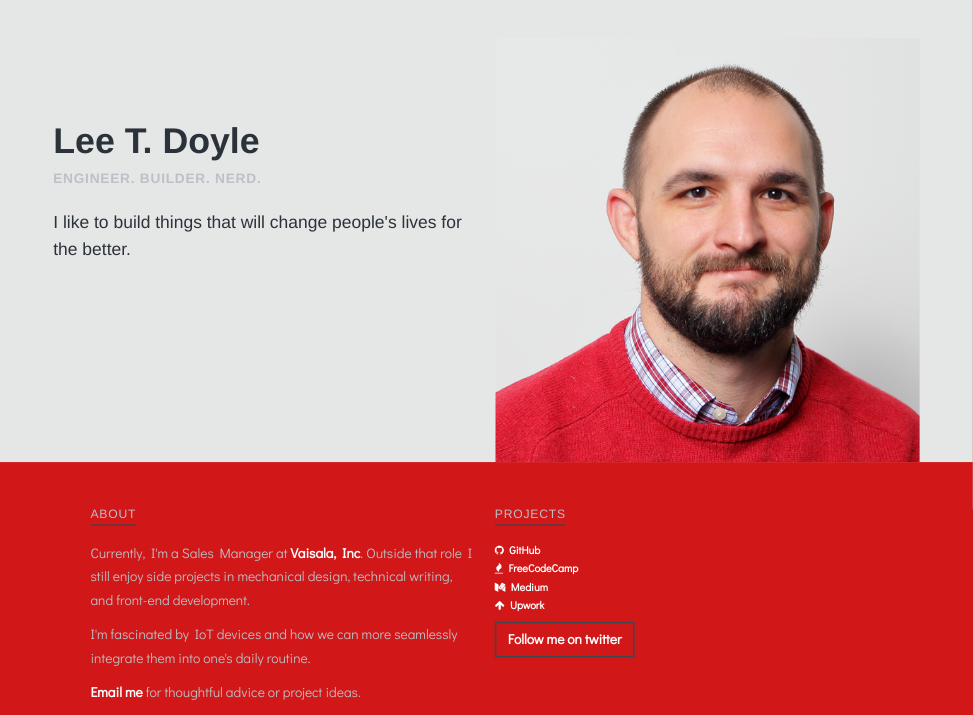
Repository: ldoyle0/ldoyle0.github.io
Page: index.html
The author's editor kept a record of every edit. The page is drawn from the files as they stood at one moment, then again after the next edit.
The browser window is 1280 px wide. The pictures show the whole page, at 76% of full size.
Some web libraries are served in a nearby version.

Above is the page before.

After the next edit:
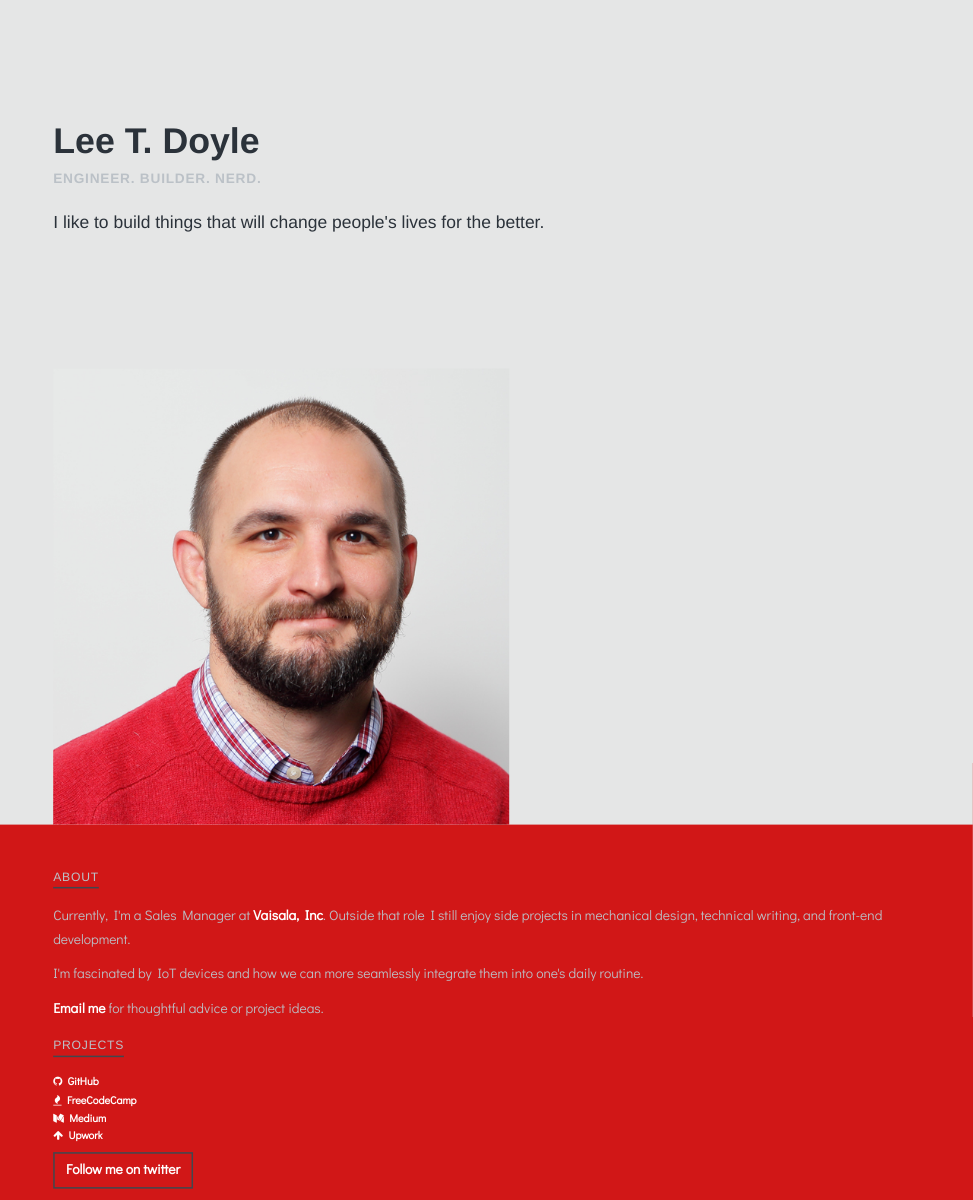
The edit:
--- a/css/style.css
+++ b/css/style.css
@@ -116,63 +116,6 @@
   max-width: 100%;
 }
 
-.row-fluid {
-  width: 100%;
-  *zoom: 1;
-}
-
-.row-fluid:before,
-.row-fluid:after {
-  display: table;
-  line-height: 0;
-  content: "";
-}
-
-.row-fluid:after {
-  clear: both;
-}
-
-.row-fluid [class*="span"] {
-  display: block;
-  float: left;
-  width: 100%;
-  min-height: 30px;
-  margin-left: 2.127659574468085%;
-  *margin-left: 2.074468085106383%;
-  -webkit-box-sizing: border-box;
-     -moz-box-sizing: border-box;
-          box-sizing: border-box;
-}
-
-.row-fluid [class*="span"]:first-child {
-  margin-left: 0;
-}
-
-.row-fluid .span8 {
-  width: 65.95744680851064%;
-  *width: 65.90425531914893%;
-}
-
-.row-fluid .span6 {
-  width: 48.93617021276595%;
-  *width: 48.88297872340425%;
-}
-
-.row-fluid .span4 {
-  width: 31.914893617021278%;
-  *width: 31.861702127659576%;
-}
-
-.row-fluid .span3 {
-  width: 23.404255319148934%;
-  *width: 23.351063829787233%;
-}
-
-.offset {
-  padding-left: 5%;
-  padding-right: 5%;
-}
-
 /* Footer */
 
 footer ul,
